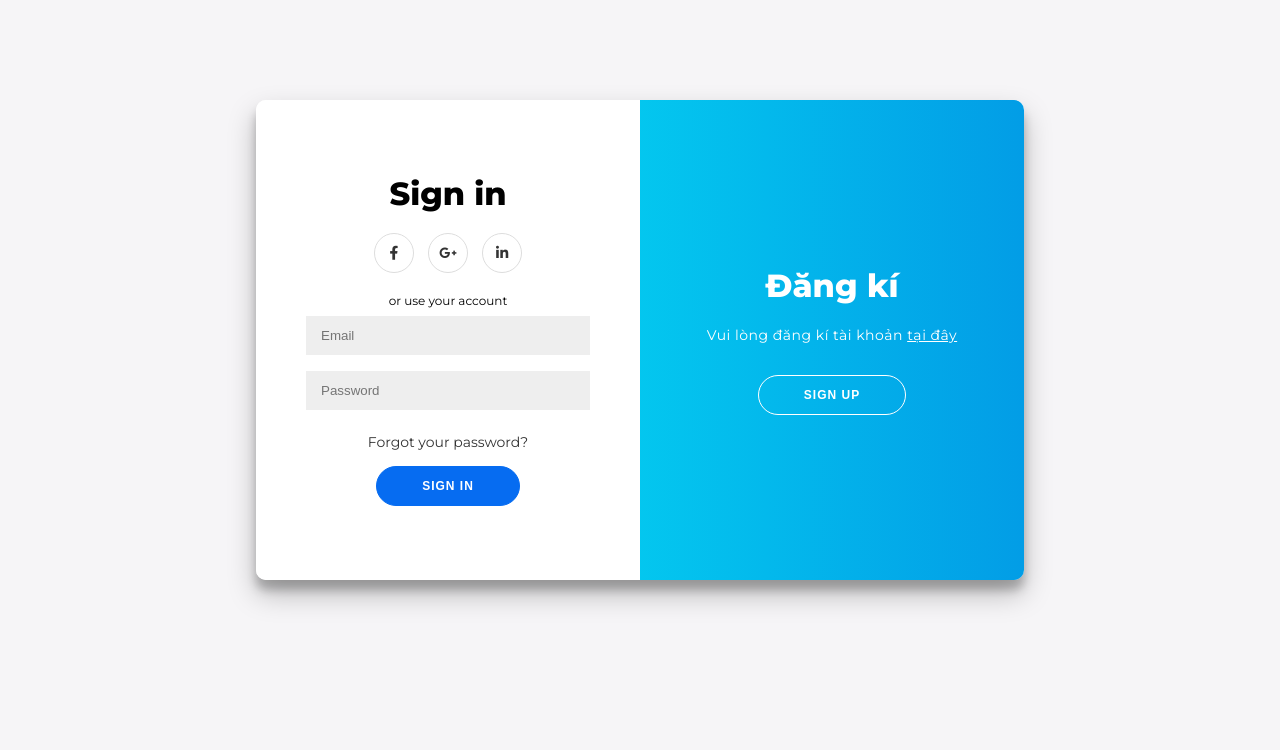
Repository: tranvanthinh/Login_register
Page: index.html
The author's editor kept a copy of each file at every save. The page is drawn from the files as they stood at one save, then again after the next save.
The browser window is 1280 px wide. The pictures show the whole page.
Some web libraries are served in a nearby version.

Above is the page before, as saved 2021-12-30 20:37:09.

After the next save:
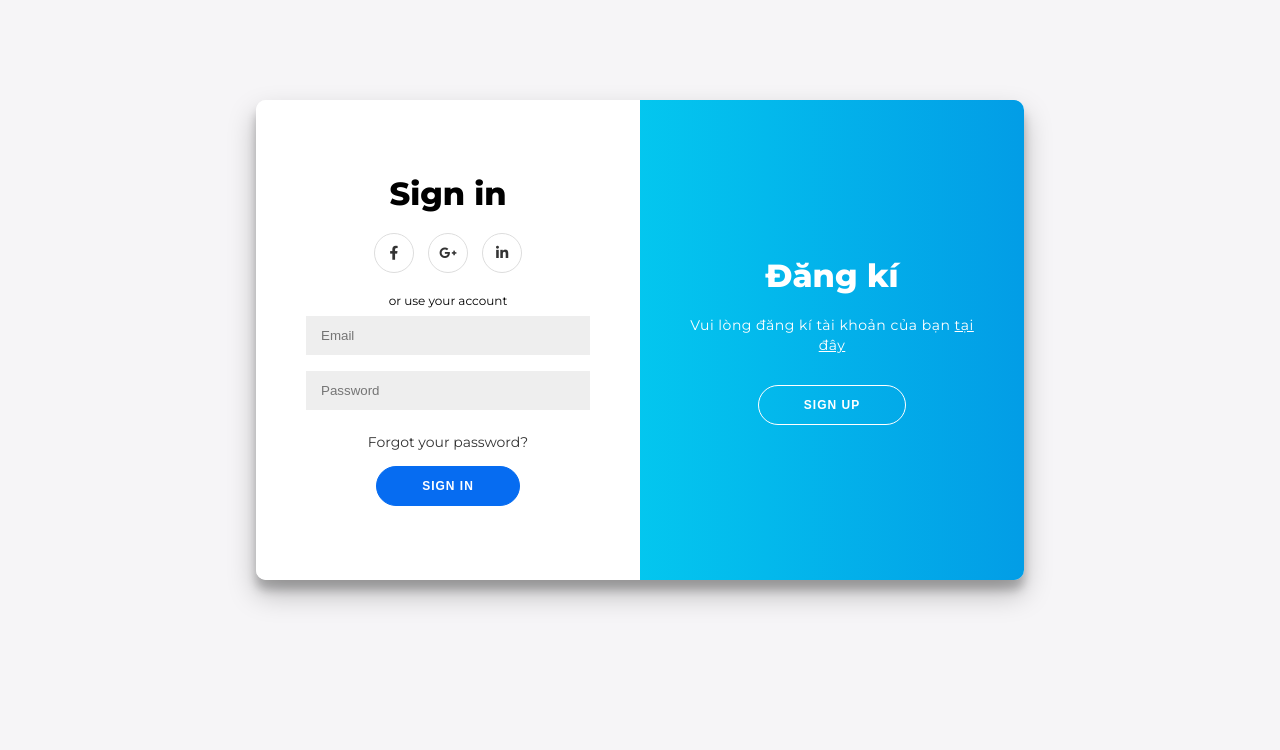
Saved 25 s later.
--- a/index.html
+++ b/index.html
@@ -49,7 +49,7 @@
       </div>
       <div class="overlay-panel overlay-right">
         <h1>Đăng kí</h1>
-        <p>Vui lòng đăng kí tài khoản <u>tại đây</u></p>
+        <p>Vui lòng đăng kí tài khoản của bạn <u>tại đây</u></p>
         <button class="ghost" id="signUp">Sign Up</button>
       </div>
     </div>
